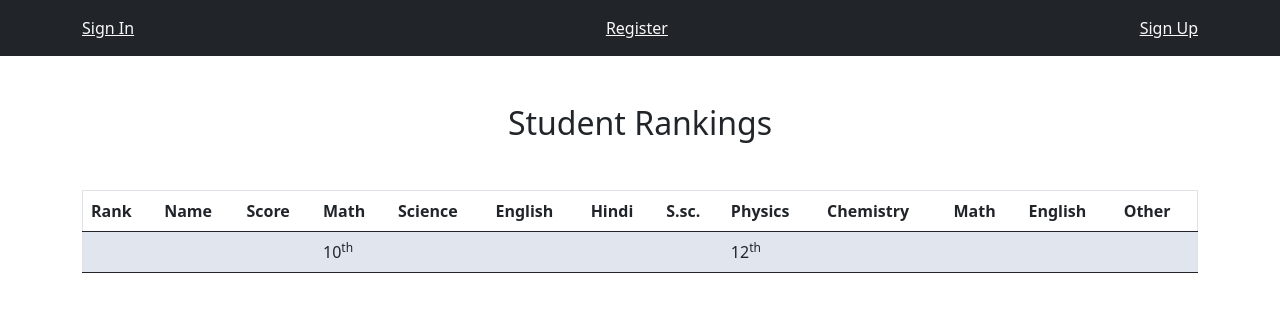
Repository: akankshaajoshi/student-counselling-application
Page: templates/registration/rankings.html
These files come from the project's save history. The page is drawn as it stood at one moment and after the next save; the edit follows.
The browser window is 1280 px wide. The pictures show the whole page.
The template is drawn by Django 3.2. The application's start-up code is not run. The template is opened directly, without the code that normally fills it, so the values that code supplies are empty.

Above is the page before, as saved 2024-04-25 13:41:01.

After the next save:
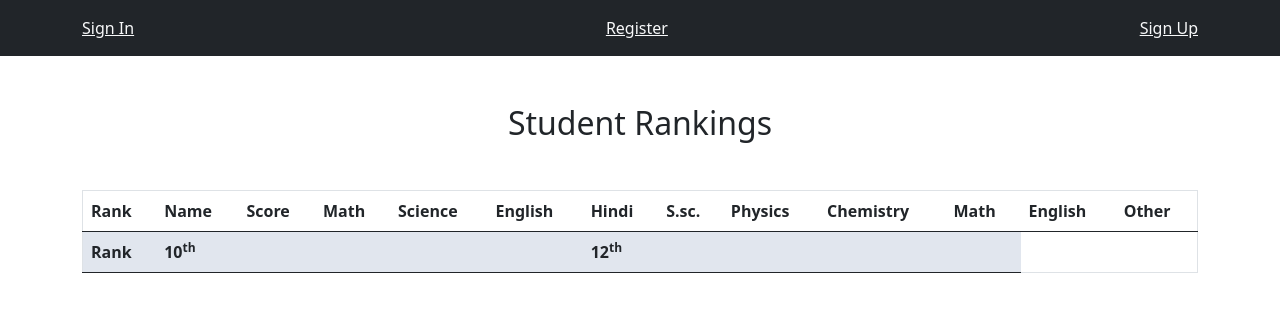
Saved 34 s later.
--- a/templates/registration/rankings.html
+++ b/templates/registration/rankings.html
@@ -29,9 +29,9 @@
       </tr>
     </thead>
     <tr>
-      <td colspan="3"></td>
-      <td colspan="5">10<sup>th</sup></td>
-      <td colspan="5">12<sup>th</sup></td>
+      <th>Rank</th>
+      <th colspan="5">10<sup>th</sup></th>
+      <th colspan="5">12<sup>th</sup></th>
     </tr>
     <tbody>
       {% for student in students %}
